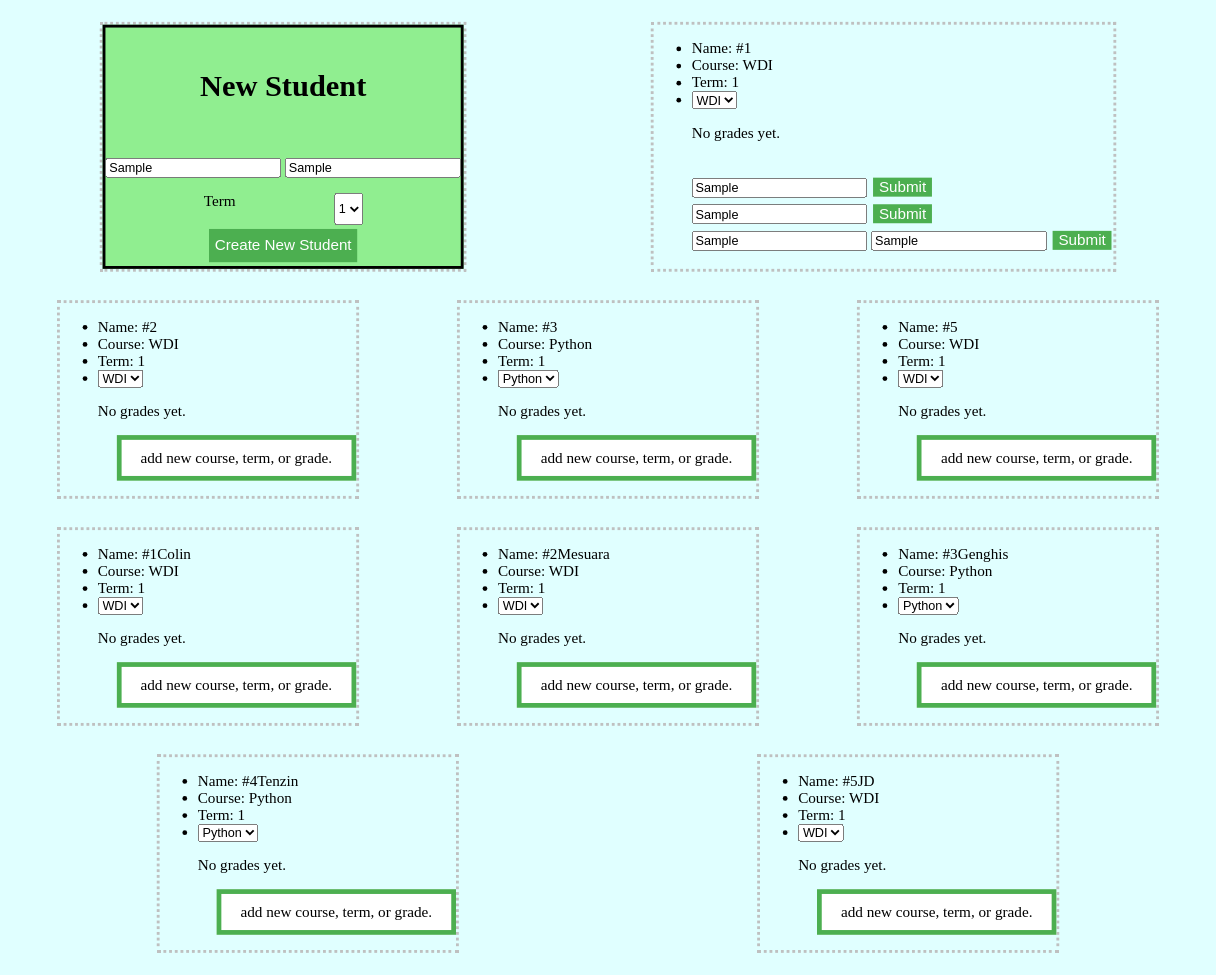
Repository: EdmontDantes/graderaide-fullstack-solution
Page: index.html
These files come from the project's save history. The page is drawn as it stood at one moment and after a run of saves; the edit follows.
The browser window is 1280 px wide. The pictures show the whole page, at 95% of full size.
Empty fields were first filled with sample values (such as "Sample", 5 or name@example.com).
After loading, the first visible `button.new-student-button` was clicked once.

Above is the page before, as saved 2020-04-22 13:49:49.
Console error: ReferenceError: NewStudent is not defined

After the next 4 saves:
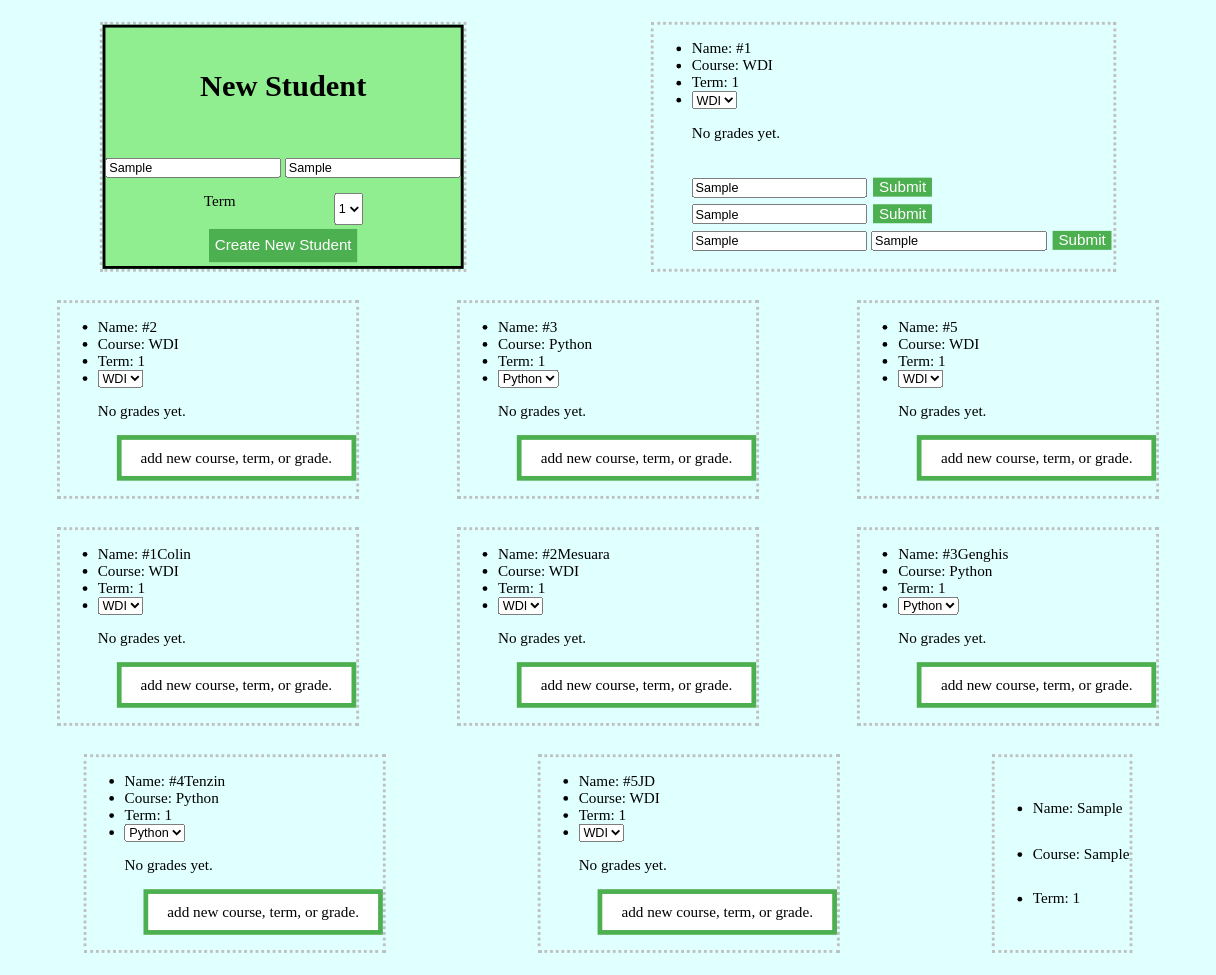
The error is gone.
The 4 saves are shown as one change because they came seconds apart.
The last was saved 10 s later.
--- a/main.js
+++ b/main.js
@@ -91,9 +91,9 @@ const newStudentTile = function() {
     const courseItem = document.createElement('li');
     const termItem  = document.createElement('li');
 
-    nameItem.innerText = `Name: ${NewStudent.name}`;
-    courseItem.innerText = `Course: ${NewStudent.course}`;
-    termItem.innerText = `Term: ${Student.term}`;
+    nameItem.innerText = `Name: ${newStudent.name}`;
+    courseItem.innerText = `Course: ${newStudent.course}`;
+    termItem.innerText = `Term: ${newStudent.term}`;
 
 
     studentInfo.classList.add('student-info');
